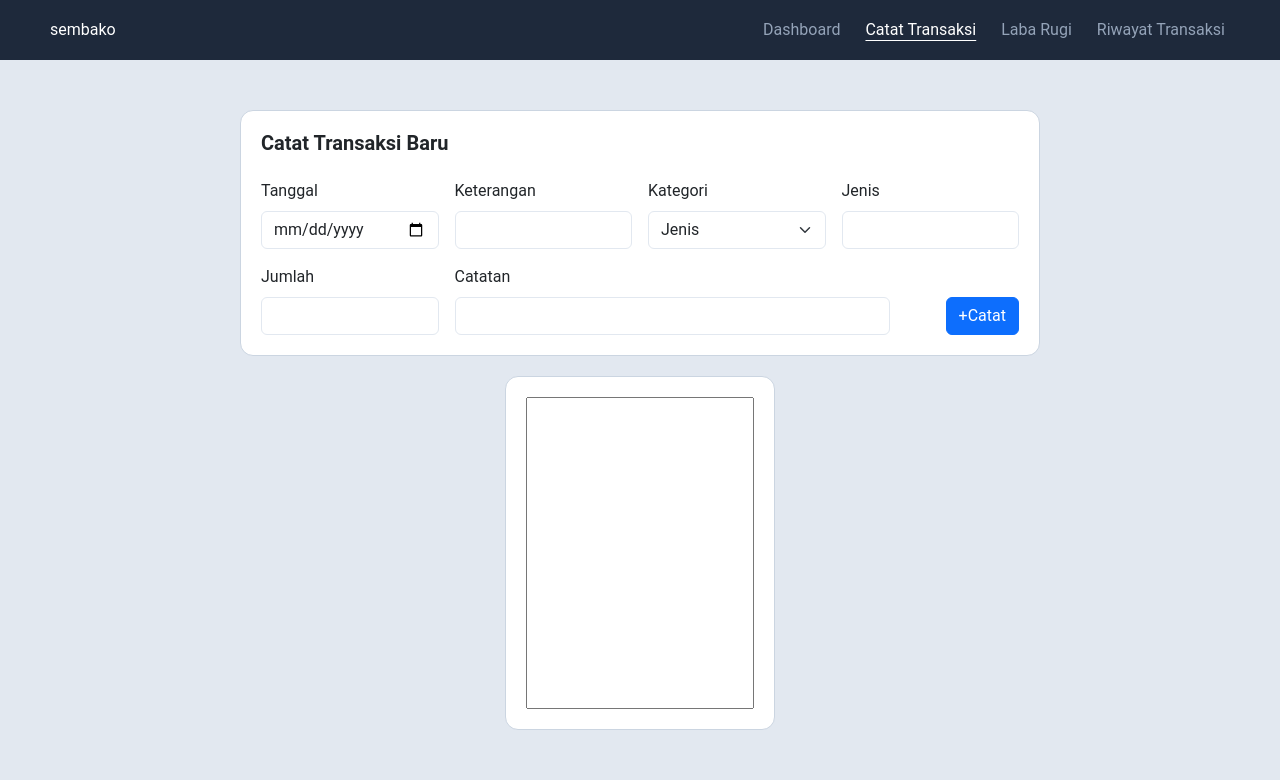
Repository: musdalifahzahra/Projek-Akhir-PWD-2026
Page: http://localhost/3-catat-transaksi.php
These files come from the project's save history. The page is drawn as it stood at one moment and after a run of saves; the edit follows.
The browser window is 1280 px wide. The pictures show the whole page.
The page is run by PHP 8.4 with error messages shown; the project is at /var/www/html/.

Above is the page before, as saved 2026-04-10 17:39:43.

### 3-catat-transaksi.php
<!DOCTYPE html>
<html lang="en">

<head>
    <meta charset="UTF-8">
    <meta name="viewport" content="width=device-width, initial-scale=1.0">
    <title>Catat Transaksi</title>
    <link rel="stylesheet" href="https://cdn.jsdelivr.net/npm/bootstrap@5.3.8/dist/css/bootstrap.min.css">
    <link rel="stylesheet" href="template-css.css">
    <link rel="stylesheet" href="3-catat-transaksi-css.css">
</head>

<body>
    <nav>
        <div class="profile">
            <span>sembako</span>
        </div>
        <div class="nav_list">
            <ul>
                <li><a href="2-dashboard.php">Dashboard</a></li>
                <li><a href="3-catat-transaksi.php" class="nav-active">Catat Transaksi</a></li>
                <li><a href="4-laba-rugi.php">Laba Rugi</a></li>
                <li><a href="5-laporan.php">Riwayat Transaksi</a></li>
            </ul>
        </div>
    </nav>

    <div class="wrap">
        <!-- input transaksi -->
        <div class="input-transaksi template">
            <form class="row g-3">
                <h5>Catat Transaksi Baru</h5><br>
                <!-- tanggal -->
                <div class="col-md-3">
                    <label for="tanggal" class="form-label">Tanggal</label>
                    <input type="date" class="form-control" id="tanggal">
                </div>
                <!-- keterangan -->
                <div class="col-md-3">
                    <label for="keterangan" class="form-label">Keterangan</label>
                    <input type="text" class="form-control" id="keterangan">
                </div>
                <!-- kategori -->
                <div class="col-md-3">
                    <label for="inputZip" class="form-label">Kategori</label>
                    <select class="form-select" id="kategori" aria-label="Default select example">
                        <option selected>Jenis</option>
                        <option value="Pemasukan">Pemasukan</option>
                        <option value="Pengeluaran">Pengeluaran</option>
                    </select>
                </div>
                <!-- jenis -->
                <div class="col-md-3">
                    <label for="jenis" class="form-label">Jenis</label>
                    <input type="text" class="form-control" id="jenis">
                </div>
                <!-- jumlah-->
                <div class="col-md-3">
                    <label for="jumlah" class="form-label">Jumlah</label>
                    <input type="number" class="form-control" id="jumlah">
                </div>
                <!-- catatan -->
                <div class="col-md-7">
                    <label for="catatan" class="form-label">Catatan</label>
                    <input type="text" class="form-control" id="catatan">
                </div>
                <!-- submit +catat -->
                <div class="col-md-2 d-flex align-items-end justify-content-end">
                    <button type="submit" class="btn btn-primary" id="catat"> +Catat  </button>
                </div>
            </form>
        </div>

        <!-- transaksi terbaru -->
        <div class="transaksi-terbaru template">
            <input type="text">
        </div>
    </div>
</body>

</html>

### template-css.css
:root {
  --color-nav: #1e293b;
  --color-bag-web: #e2e8f0;
  --color-card: #ffffff;
  --color-belum-dipencet: #94a3b8;
  --color-kurson: #cbd5e1;
  --color-tulisan-utama: #334155;
  --color-pemasukan: #10b981;
  --color-pengeluaran: #ef4444;
  --color-border: #e2e8f0;
  --color-border-card: #cbd5e1;
}

body {
  font-family: "Roboto", sans-serif;
}

nav {
  background-color: var(--color-nav);
  height: 60px;
  display: flex;
  align-items: center;
  justify-content: space-between;
  padding: 0px 50px;
  z-index: 1;
}

nav span {
  color: var(--color-card);
}

nav ul {
  padding: 0px;
  margin: 0px;
  display: flex;
  gap: 20px;
}
nav li {
  margin-right: 5px;
  display: inline;
  font-style: none;
}

nav a {
  color: var(--color-belum-dipencet);
  text-decoration: none;
}

.nav-active {
  color: var(--color-card);
  text-decoration: underline;
  text-underline-offset: 5px;
}

nav a:hover {
  color: var(--color-kurson);
}
body {
  background-color: var(--color-bag-web);
}

### 3-catat-transaksi-css.css
.wrap {
  display: flex;
  flex-direction: column;
  z-index: 2;
  width: 100%;
  min-height: 100vh;
  background-color: var(--color-bag-web);
  padding: 50px 20px;
  gap: 20px;
  justify-content: center;
  align-items: center;
}

h5{
    font-weight: bold;
}
.template {
  padding: 20px;
  background-color: var(--color-card);
  border-radius: 13px;
  max-width: 800px;
  border: 1.2px solid var(--color-border-card);
}

.input-transaksi {
  display: flex;

  /* padding: 20px; */
}

.transaksi-terbaru {
  display: flex;
  flex: 1;
  /* padding: 20px; */
}
form .catat{
    margin: 0px;
    padding: 0px;
}

.form-control, .form-select{
    border: 1px solid var(--color-border);
}

After the next 2 saves:
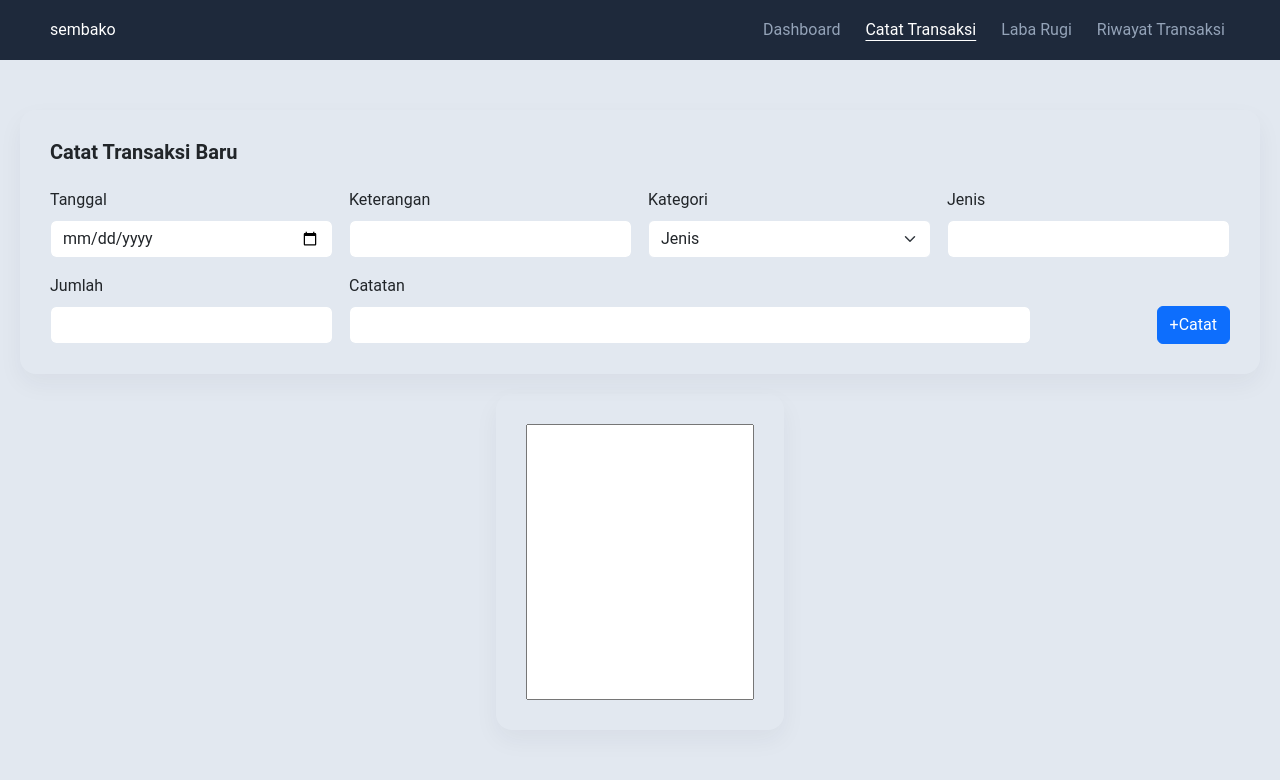
The 2 saves are shown as one change because they came seconds apart.
The last was saved 4 min 6 s later.
--- a/3-catat-transaksi-css.css
+++ b/3-catat-transaksi-css.css
@@ -11,15 +11,20 @@
   align-items: center;
 }
 
-h5{
-    font-weight: bold;
+h5 {
+  font-weight: bold;
 }
 .template {
-  padding: 20px;
+  /* padding: 20px;
   background-color: var(--color-card);
   border-radius: 13px;
   max-width: 800px;
-  border: 1.2px solid var(--color-border-card);
+  border: 1.2px solid var(--color-border-card); */
+
+  border: none; /* Hilangkan border hitam tipis */
+  border-radius: 16px; /* Lebih tumpul lebih modern */
+  box-shadow: 0 10px 25px rgba(30, 41, 59, 0.05); /* Bayangan biru navy tipis */
+  padding: 30px !important; /* Beri ruang nafas lebih
 }
 
 .input-transaksi {
@@ -33,11 +38,12 @@ h5{
   flex: 1;
   /* padding: 20px; */
 }
-form .catat{
-    margin: 0px;
-    padding: 0px;
+form .catat {
+  margin: 0px;
+  padding: 0px;
 }
 
-.form-control, .form-select{
-    border: 1px solid var(--color-border);
+.form-control,
+.form-select {
+  border: 1px solid var(--color-border);
 }
